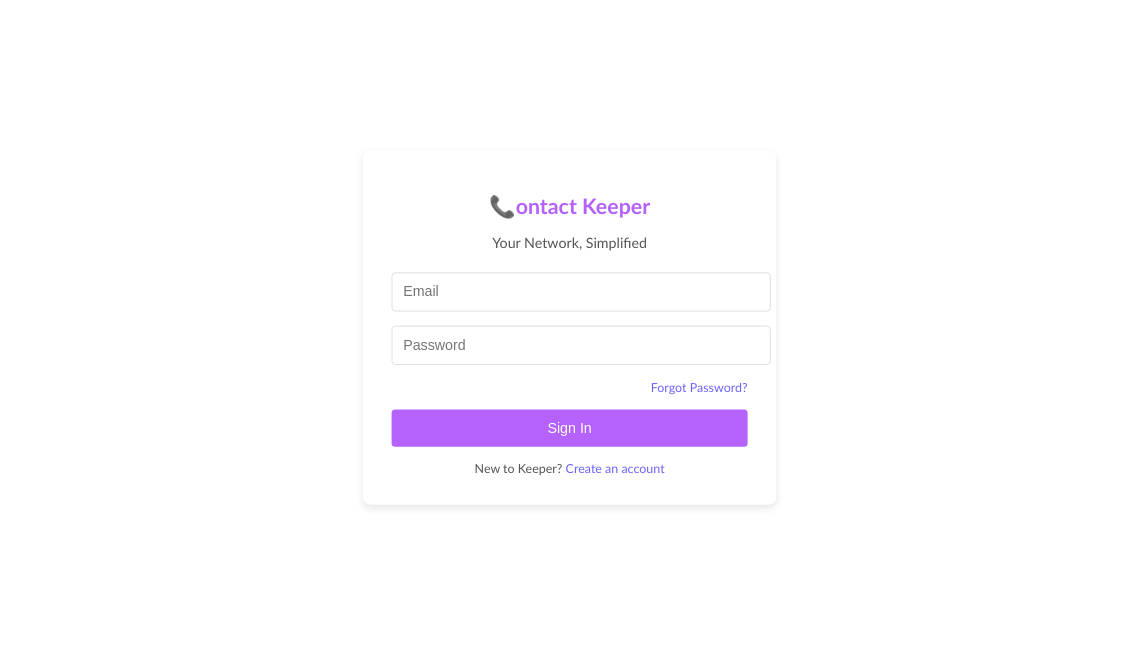
Repository: honexly/melbert-loginapp
Page: /
The author's editor kept a copy of each file at every save. The page is drawn from the files as they stood at one save, then again after the next save.
The browser window is 1280 px wide. The pictures show the whole page, at 89% of full size.
The project was rebuilt for these pictures with package versions that can differ from the ones it lists, and the page was loaded fresh each time. Also part of the build but not shown: vue.config.js, src/pages/LoginPage.vue.

Above is the page before, as saved 2024-12-09 13:46:21.

After the next save:
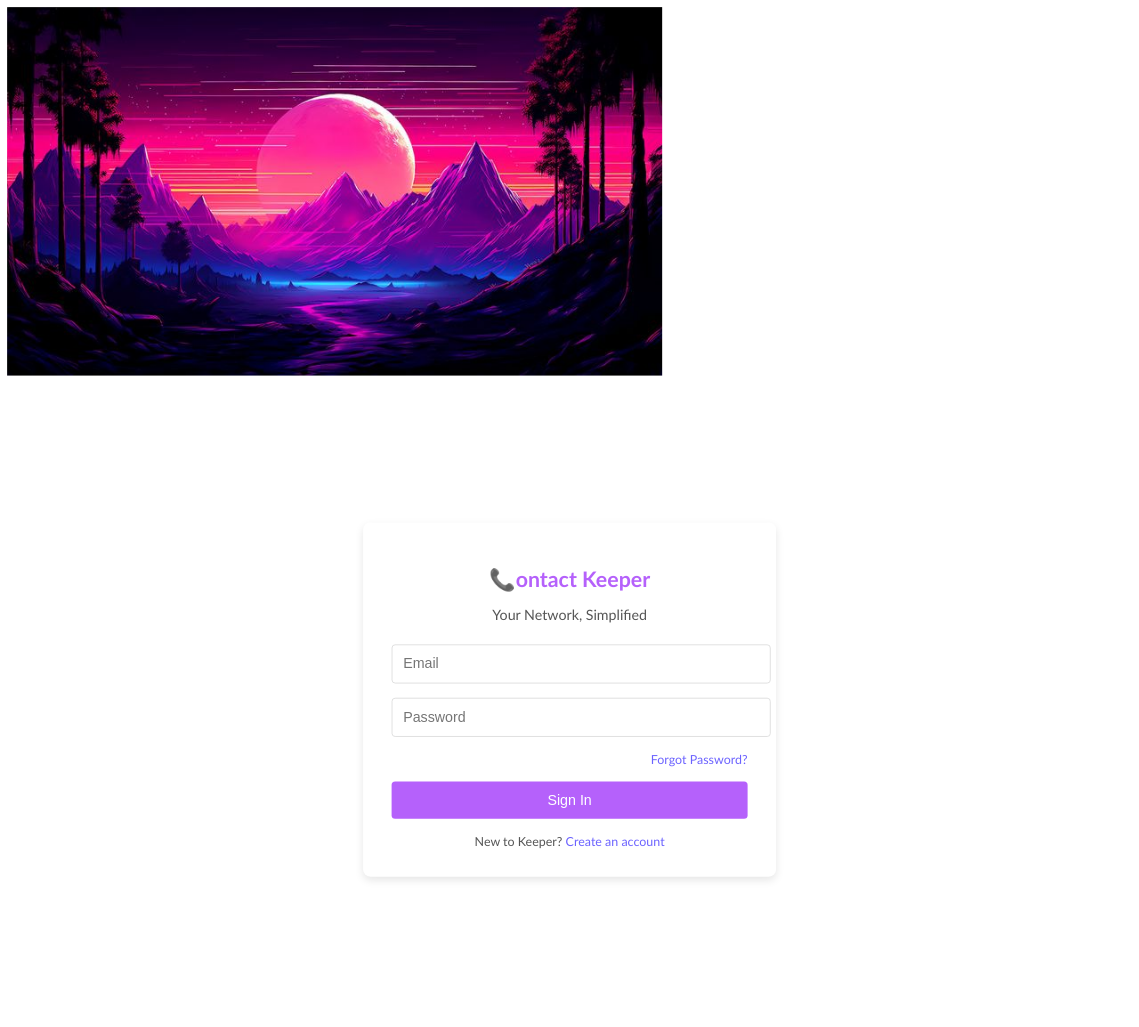
Saved 46 s later.
--- a/src/App.vue
+++ b/src/App.vue
@@ -1,5 +1,8 @@
 <template>
   <div id="app">
+    <div class="background-img">
+        <img src="@/assets/background-img.jpg">
+      </div>
     <div class="form-wrapper">
     <div class="form-card">
       <!-- Logo and Description -->
@@ -16,12 +19,13 @@
             v-model="email"
             placeholder="Email"
             class="input"
-            :class="{'input-error': !isValidEmail && emailTouched }"
+            :class="{ 'input-error': !isValidEmail && emailTouched }"
             @blur="emailTouched = true"
           />
           <p v-if="emailTouched && !isValidEmail && email !== ''" class="error-text">
           </p>
         </div>
+
         <!-- Password Input -->
         <div class="form-group">
           <input
@@ -86,7 +90,9 @@
 };
 </script>
 <style scoped>
-
+.body{
+  background-image: url('@/assets/background-img.jpg');
+}
 /* General Page Styling */
 .form-wrapper {
   display: flex;

After the 5 saves that followed:
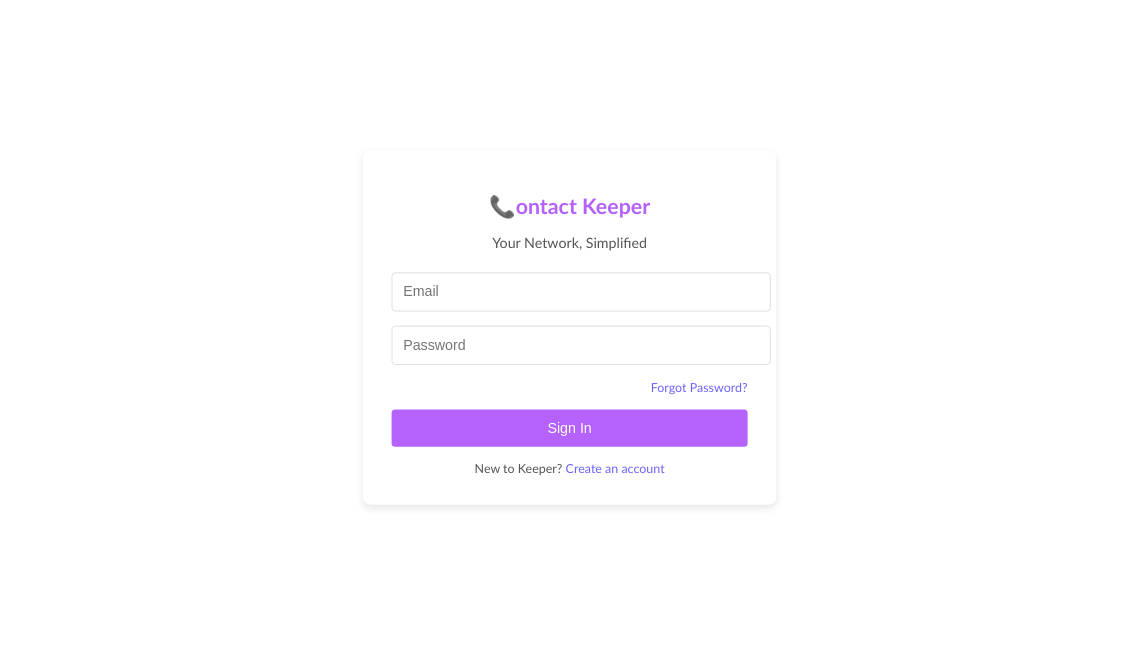
The 5 saves are shown as one change because 3 left the picture as it was and some came seconds apart.
The last was saved 108 s later.
--- a/src/App.vue
+++ b/src/App.vue
@@ -1,8 +1,5 @@
 <template>
   <div id="app">
-    <div class="background-img">
-        <img src="@/assets/background-img.jpg">
-      </div>
     <div class="form-wrapper">
     <div class="form-card">
       <!-- Logo and Description -->
@@ -90,9 +87,6 @@
 };
 </script>
 <style scoped>
-.body{
-  background-image: url('@/assets/background-img.jpg');
-}
 /* General Page Styling */
 .form-wrapper {
   display: flex;
